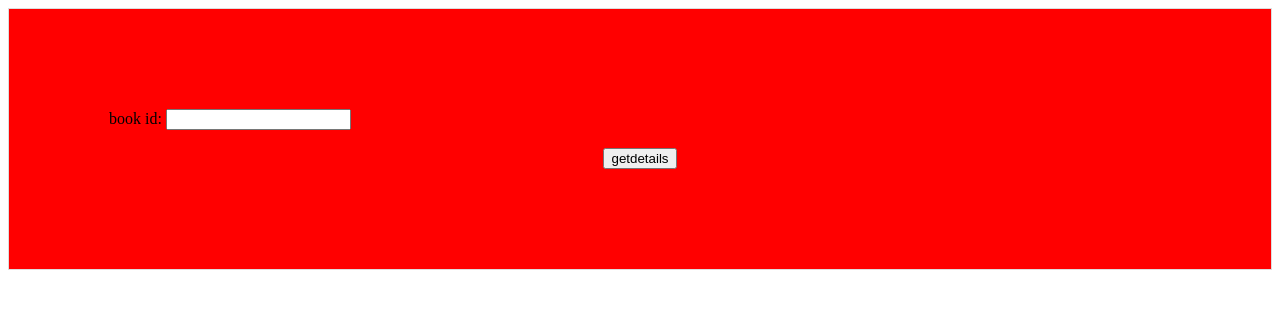
Repository: Saikumar6901/DBSTrainingModules
Page: http://localhost/Bookmanagement/updatefile.jsp
These files come from the project's save history. The page is drawn as it stood at one moment and after the next save; the edit follows.
The browser window is 1280 px wide. The pictures show the whole page.
The page is served by Tomcat 9.

Above is the page before, as saved 2019-08-12 15:14:50.

After the next save:
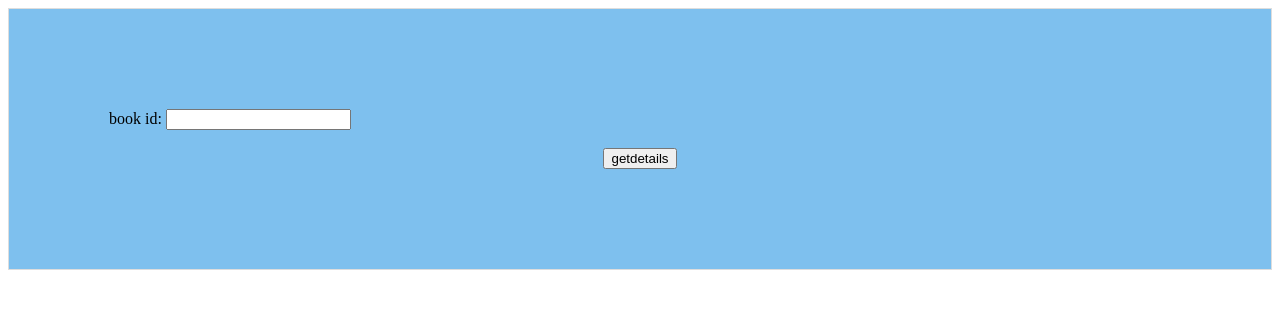
Saved 44 s later.
--- a/eclipse/Bookmanagement/WebContent/updatefile.jsp
+++ b/eclipse/Bookmanagement/WebContent/updatefile.jsp
@@ -10,7 +10,7 @@
   border: 1px solid #dddddd;
   text-align: left;
   padding: 100px;
-  background-color:#ff0000;
+  background-color:#7ec0ee;
   margin:auto;
   display:block;
 }
